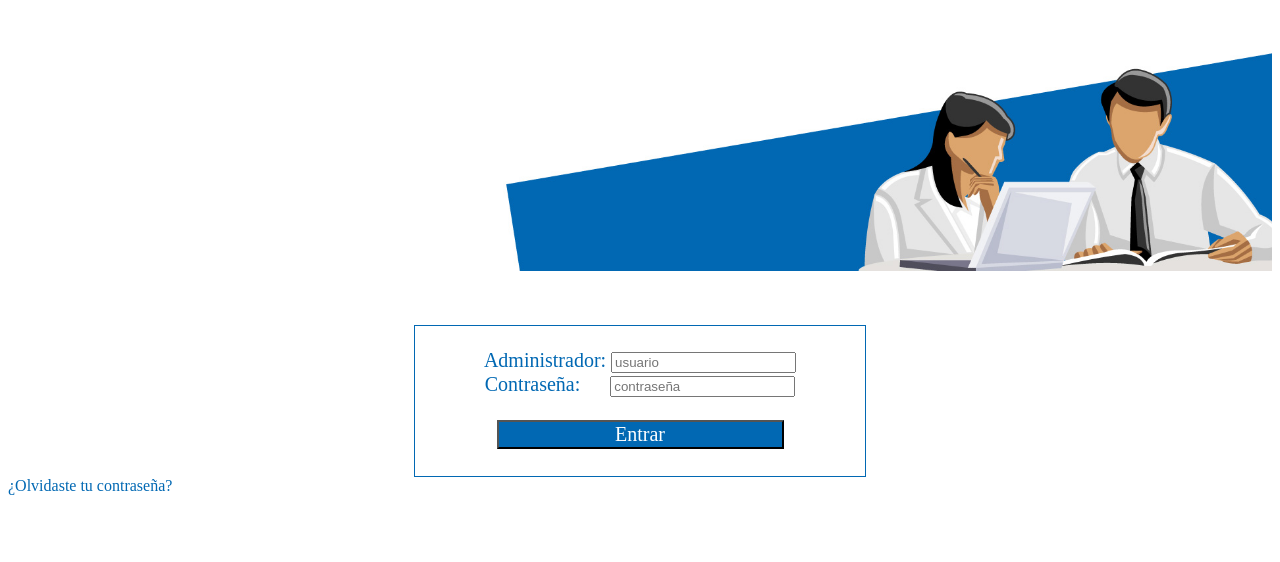
Repository: jluislechado/gestionUsuario
Page: http://localhost/php/admin.php
The author's editor kept a record of every edit. The page is drawn from the files as they stood at one moment, then again after the next edit.
The browser window is 1280 px wide. The pictures show the whole page.
The page is run by PHP 8.4 with error messages shown; the project is at /var/www/html/.

Above is the page before.

After the next edit:
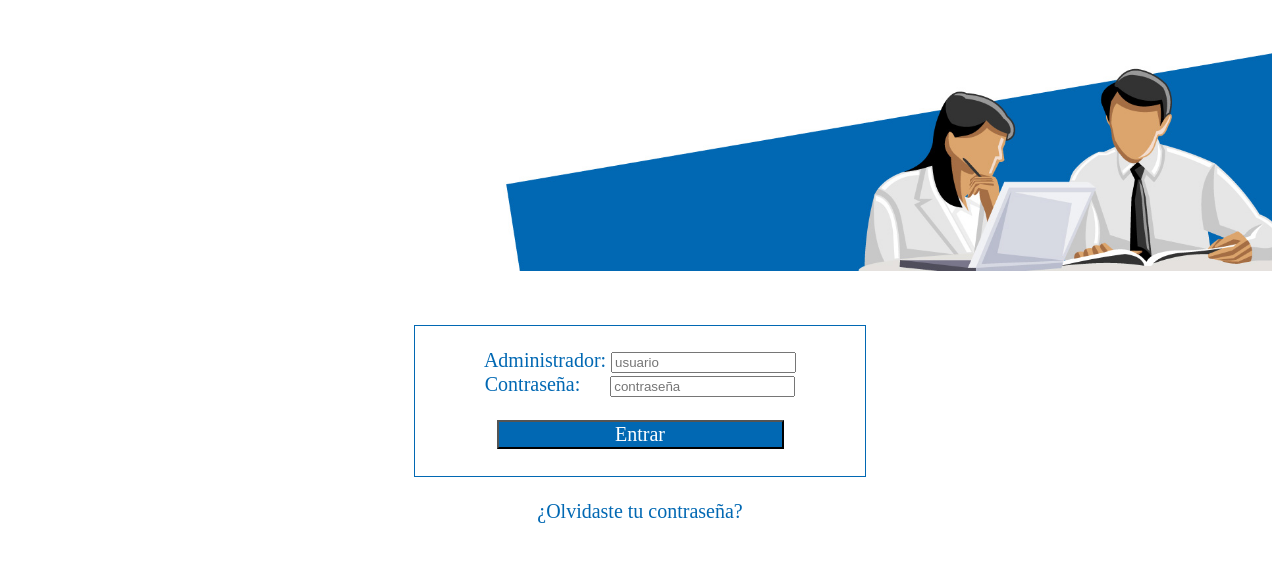
The edit:
--- a/workspace/php/admin.php
+++ b/workspace/php/admin.php
@@ -18,6 +18,9 @@
                 <input type="submit" value="Entrar" id="botonIndex"/>
             </form>
         </div>
-        <a href="olvidar.php">¿Olvidaste tu contraseña?</a>
+        <div id="enlacesIndex">
+            </br>
+            <a href="olvidar.php">¿Olvidaste tu contraseña?</a>
+        </div>
     </body>
 </html>
